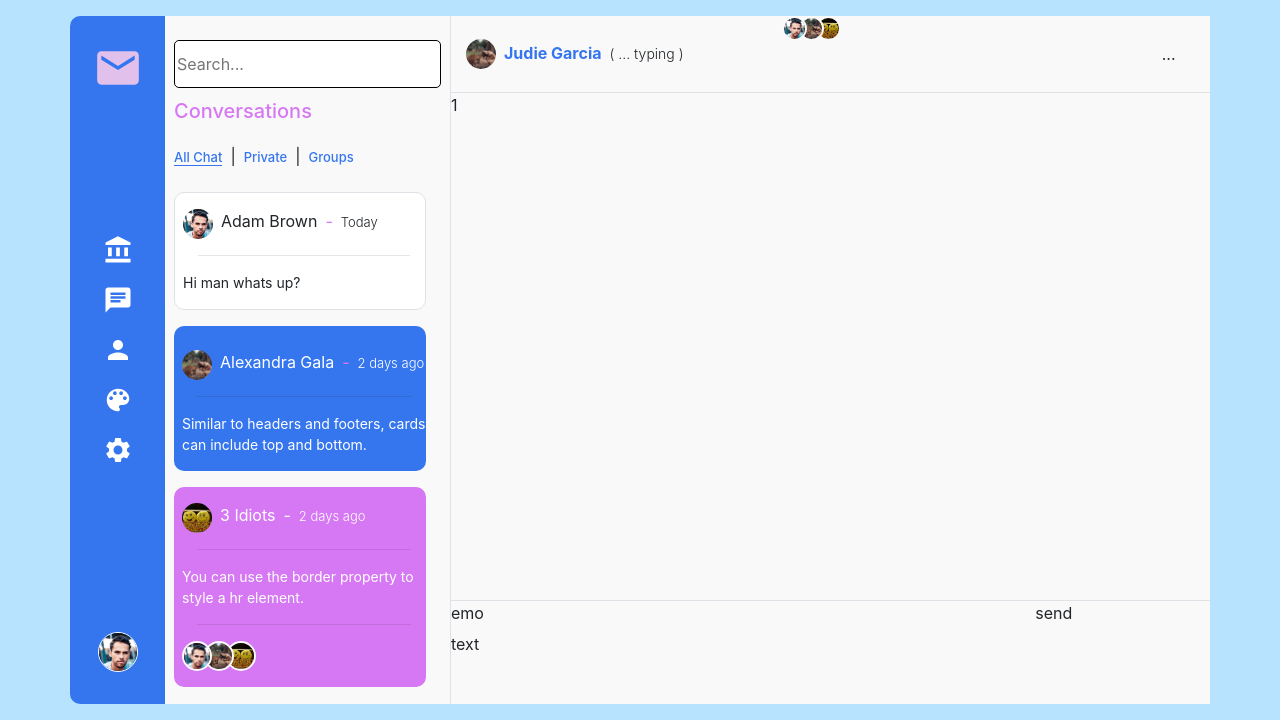
Repository: arafat877/super-chat
Page: /
The author's editor kept a copy of each file at every save. The page is drawn from the files as they stood at one save, then again after the next save.
The browser window is 1280 px wide. The pictures show the whole page.
The project was rebuilt for these pictures with package versions that can differ from the ones it lists, and the page was loaded fresh each time.

Above is the page before, as saved 2020-08-07 01:35:40.

After the next save:
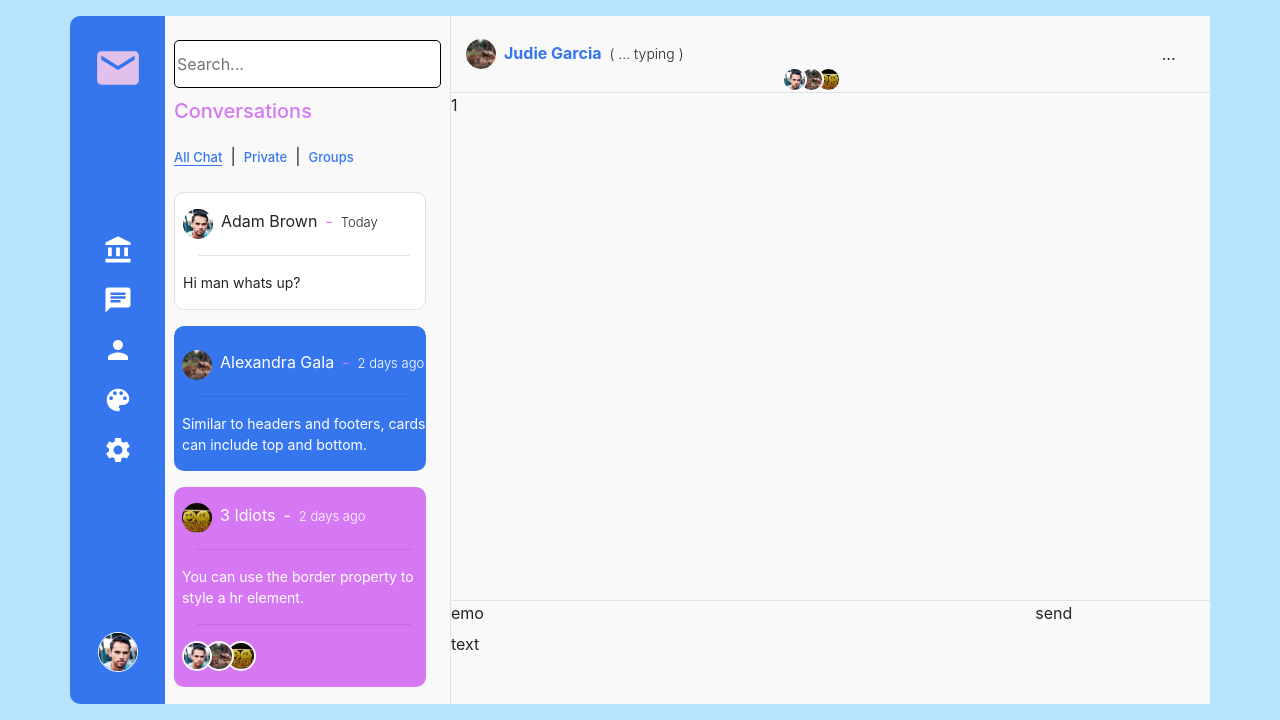
Saved 12 s later.
--- a/src/App.js
+++ b/src/App.js
@@ -168,7 +168,7 @@ function App() {
                 <span className="infoUserName ml-2">Judie Garcia</span>
                 <span className="infoTyping ml-2">( ... typing )</span>
               </div>
-              <div className="col-6 float-right infoGroup">
+              <div className="col-6 mt-auto infoGroup">
                 <AvatarGroup max={3} className="mr-4">
                   <Avatar
                     alt="Remy Sharp"
